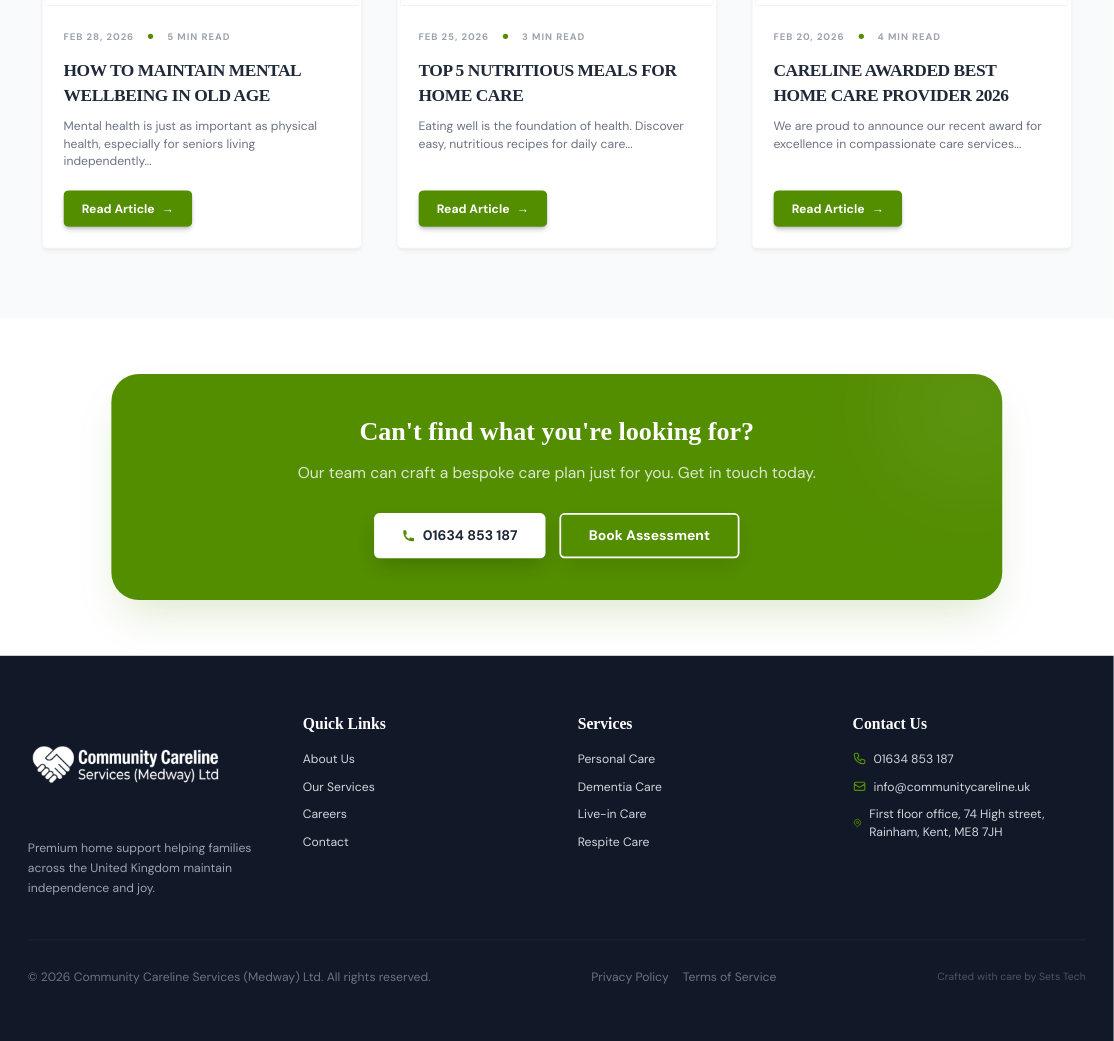
Repository: Iqbalhossen07/care
Page: http://localhost/blogs.php
An editor plug-in stored every save of this project. The page is shown before and after the next save, followed by the edit.
The browser window is 1280 px wide. The pictures show the part of the page from y = 740 to 1982 px (the page is 1937 px tall before and 1982 px after), at 87% of full size.
Some web fonts or font styles are not loaded; a fallback is used. Some web libraries are served in a nearby version. The page is run by PHP 8.4 with error messages shown; the project is at /var/www/html/.

Above is the page before, as saved 2026-02-28 08:06:40.

### blogs.php
<?php include('head.php') ?>

<body class="font-body text-gray-600 antialiased bg-white">
    <!-- header section  -->
    <?php include('header.php') ?>

    <!-- breadcrumb section -->
    <section class="relative h-[250px] flex items-center overflow-hidden bg-darkText">
        <div class="absolute inset-0 z-0">
            <img src="https://images.unsplash.com/photo-1499750310107-5fef28a66643?auto=format&fit=crop&w=1500&q=80"
                class="w-full h-full object-cover opacity-30" alt="Careline Blog">
            <div class="absolute inset-0 bg-gradient-to-r from-darkText via-darkText/90 to-transparent"></div>
        </div>

        <div class="max-w-7xl mx-auto px-6 lg:px-12 relative z-10 w-full">
            <nav class="flex mb-4 text-sm font-medium">
                <ol class="inline-flex items-center space-x-2">
                    <li><a href="index.php" class="text-gray-400 hover:text-brand transition-colors">Home</a></li>
                    <li class="text-gray-600">/</li>
                    <li class="text-brand font-bold uppercase tracking-widest text-[11px] md:text-sm">Blogs & News</li>
                </ol>
            </nav>
            <h1 class="font-heading text-4xl md:text-5xl font-bold text-white mb-2 tracking-tight">Expert Care Insights
            </h1>
            <p class="text-gray-300 text-lg max-w-2xl">Read our latest articles about health, home care, and wellbeing.
            </p>
        </div>
    </section>

    <!-- blog section -->
    <section class="py-20 bg-lightBg">
        <div class="max-w-7xl mx-auto px-6 lg:px-12">

            <div class="mb-12 flex flex-wrap items-center justify-between gap-6">
                <div class="flex flex-wrap gap-3" id="blog-filters">
                    <button data-filter="all"
                        class="filter-btn active px-6 py-2.5 rounded-full text-sm font-bold transition-all border border-brand bg-brand text-white shadow-lg shadow-brand/20">All
                        Posts</button>
                    <button data-filter="health"
                        class="filter-btn px-6 py-2.5 rounded-full text-sm font-bold transition-all border border-gray-200 bg-white text-darkText hover:border-brand/50 shadow-sm">Health
                        Tips</button>
                    <button data-filter="lifestyle"
                        class="filter-btn px-6 py-2.5 rounded-full text-sm font-bold transition-all border border-gray-200 bg-white text-darkText hover:border-brand/50 shadow-sm">Lifestyle</button>
                    <button data-filter="company"
                        class="filter-btn px-6 py-2.5 rounded-full text-sm font-bold transition-all border border-gray-200 bg-white text-darkText hover:border-brand/50 shadow-sm">Company
                        News</button>
                </div>

                <p class="text-sm font-medium text-gray-400 uppercase tracking-widest">Showing <span id="post-count"
                        class="text-brand">6</span> Articles</p>
            </div>

            <div class="grid grid-cols-1 md:grid-cols-2 lg:grid-cols-3 gap-8 md:gap-10" id="blog-container">

                <article
                    class="blog-card group bg-white rounded-md border border-gray-100 shadow-md shadow-black/5 hover:shadow-xl hover:shadow-black/10 transition-all duration-300 flex flex-col overflow-hidden"
                    data-category="health">
                    <div
                        class="relative h-60 overflow-hidden border-[6px] border-white ring-1 ring-black/5 m-1 rounded-sm">
                        <img src="https://images.unsplash.com/photo-1571019613454-1cb2f99b2d8b?auto=format&fit=crop&w=800&q=80"
                            class="w-full h-full object-cover transition-transform duration-700 group-hover:scale-110">
                        <span
                            class="absolute top-4 left-4 bg-brand text-white text-[10px] font-bold px-3 py-1 rounded-sm uppercase tracking-tighter">Health</span>
                    </div>
                    <div class="p-6 flex flex-col flex-1">
                        <div
                            class="flex items-center gap-4 mb-4 text-[11px] font-bold text-gray-400 uppercase tracking-widest">
                            <span>Feb 28, 2026</span>
                            <span class="w-1.5 h-1.5 rounded-full bg-brand"></span>
                            <span>5 Min Read</span>
                        </div>
                        <h3
                            class="font-heading text-xl font-bold text-darkText mb-3 group-hover:text-brand transition-colors line-clamp-2 uppercase tracking-tight">
                            How to Maintain Mental Wellbeing in Old Age</h3>
                        <p class="text-gray-500 text-sm mb-6 line-clamp-3">Mental health is just as important as
                            physical health, especially for seniors living independently...</p>

                        <a href="blog-details.php"
                            class="mt-auto self-start inline-flex items-center justify-center px-5 py-2.5 border border-transparent text-sm font-bold rounded-md text-white bg-brand hover:bg-brandDark shadow-md shadow-black/20 hover:shadow-lg hover:shadow-black/30 transition-all duration-300 transform hover:-translate-y-1 group/btn">
                            Read Article
                            <span
                                class="ml-2 transform group-hover/btn:translate-x-1 transition-transform">&rarr;</span>
                        </a>
                    </div>
                </article>

                <article
                    class="blog-card group bg-white rounded-md border border-gray-100 shadow-md shadow-black/5 hover:shadow-xl hover:shadow-black/10 transition-all duration-300 flex flex-col overflow-hidden"
                    data-category="lifestyle">
                    <div
                        class="relative h-60 overflow-hidden border-[6px] border-white ring-1 ring-black/5 m-1 rounded-sm">
                        <img src="https://images.unsplash.com/photo-1516733725897-1aa73b87c8e8?auto=format&fit=crop&w=800&q=80"
                            class="w-full h-full object-cover transition-transform duration-700 group-hover:scale-110">
                        <span
                            class="absolute top-4 left-4 bg-brand text-white text-[10px] font-bold px-3 py-1 rounded-sm uppercase tracking-tighter">Lifestyle</span>
                    </div>
                    <div class="p-6 flex flex-col flex-1">
                        <div
                            class="flex items-center gap-4 mb-4 text-[11px] font-bold text-gray-400 uppercase tracking-widest">
                            <span>Feb 25, 2026</span>
                            <span class="w-1.5 h-1.5 rounded-full bg-brand"></span>
                            <span>3 Min Read</span>
                        </div>
                        <h3
                            class="font-heading text-xl font-bold text-darkText mb-3 group-hover:text-brand transition-colors line-clamp-2 uppercase tracking-tight">
                            Top 5 Nutritious Meals for Home Care</h3>
                        <p class="text-gray-500 text-sm mb-6 line-clamp-3">Eating well is the foundation of health.
                            Discover easy, nutritious recipes for daily care...</p>

                        <a href="blog-details.php"
                            class="mt-auto self-start inline-flex items-center justify-center px-5 py-2.5 border border-transparent text-sm font-bold rounded-md text-white bg-brand hover:bg-brandDark shadow-md shadow-black/20 hover:shadow-lg hover:shadow-black/30 transition-all duration-300 transform hover:-translate-y-1 group/btn">
                            Read Article
                            <span
                                class="ml-2 transform group-hover/btn:translate-x-1 transition-transform">&rarr;</span>
                        </a>
                    </div>
                </article>

                <article
                    class="blog-card group bg-white rounded-md border border-gray-100 shadow-md shadow-black/5 hover:shadow-xl hover:shadow-black/10 transition-all duration-300 flex flex-col overflow-hidden"
                    data-category="company">
                    <div
                        class="relative h-60 overflow-hidden border-[6px] border-white ring-1 ring-black/5 m-1 rounded-sm">
                        <img src="https://images.unsplash.com/photo-1582213782179-e0d53f98f2ca?auto=format&fit=crop&w=800&q=80"
                            class="w-full h-full object-cover transition-transform duration-700 group-hover:scale-110">
                        <span
                            class="absolute top-4 left-4 bg-brand text-white text-[10px] font-bold px-3 py-1 rounded-sm uppercase tracking-tighter">Company</span>
                    </div>
                    <div class="p-6 flex flex-col flex-1">
                        <div
                            class="flex items-center gap-4 mb-4 text-[11px] font-bold text-gray-400 uppercase tracking-widest">
                            <span>Feb 20, 2026</span>
                            <span class="w-1.5 h-1.5 rounded-full bg-brand"></span>
                            <span>4 Min Read</span>
                        </div>
                        <h3
                            class="font-heading text-xl font-bold text-darkText mb-3 group-hover:text-brand transition-colors line-clamp-2 uppercase tracking-tight">
                            Careline Awarded Best Home Care Provider 2026</h3>
                        <p class="text-gray-500 text-sm mb-6 line-clamp-3">We are proud to announce our recent award for
                            excellence in compassionate care services...</p>

                        <a href="blog-details.php"
                            class="mt-auto self-start inline-flex items-center justify-center px-5 py-2.5 border border-transparent text-sm font-bold rounded-md text-white bg-brand hover:bg-brandDark shadow-md shadow-black/20 hover:shadow-lg hover:shadow-black/30 transition-all duration-300 transform hover:-translate-y-1 group/btn">
                            Read Article
                            <span
                                class="ml-2 transform group-hover/btn:translate-x-1 transition-transform">&rarr;</span>
                        </a>
                    </div>
                </article>

            </div>
        </div>
    </section>

    <!-- cta section -->
    <?php include('cta.php') ?>

    <!-- footer section -->
    <?php include('footer.php') ?>

    <!-- js section -->
    <script src="main.js"></script>
</body>

</html>

### head.php
<!DOCTYPE html>
<html lang="en" class="scroll-smooth">

<head>
    <meta charset="UTF-8">
    <meta name="viewport" content="width=device-width, initial-scale=1.0">
    <title>Community Careline Services (Medway) Ltd</title>
    <link
        href="https://fonts.googleapis.com/css2?family=DM+Sans:wght@400;500;700&family=PT+Serif:ital,wght@0,400;0,700;1,400&display=swap"
        rel="stylesheet">
    <link rel="shortcut icon" href="img/favicon.PNG" type="image/x-icon">
    <script src="https://cdn.tailwindcss.com"></script>
    <script>
    tailwind.config = {
        theme: {
            extend: {
                colors: {
                    brand: '#538d00',
                    brandDark: '#7ab81f',
                    darkText: '#1f2937',
                    lightBg: '#f9fafb'
                },
                fontFamily: {
                    heading: ['"PT Serif"', 'serif'],
                    body: ['"DM Sans"', 'sans-serif'],
                }
            }
        }
    }
    </script>

    <link rel="stylesheet" href="style.css?v=<?= time(); ?>">
</head>

### style.css
@keyframes scroll-left {
  0% {
    transform: translateX(0);
  }

  100% {
    transform: translateX(-50%);
  }
}

.animate-marquee {
  display: flex;
  width: max-content;
  animation: scroll-left 60s linear infinite;
}

.animate-marquee:hover {
  animation-play-state: paused;
  /* Pause on hover so users can read */
}

.description {
  display: -webkit-box;
  -webkit-line-clamp: 2; /* কয় লাইন দেখাবে */
  -webkit-box-orient: vertical;
  overflow: hidden; /* এটি না থাকলে বাকি লেখাগুলো নিচে দেখা যাবে */
}

Loaded but not shown: main.js (163 lines, source omitted); header.php (73 lines, source omitted); footer.php (71 lines, source omitted); cta.php (33 lines, source omitted)

After the next save:
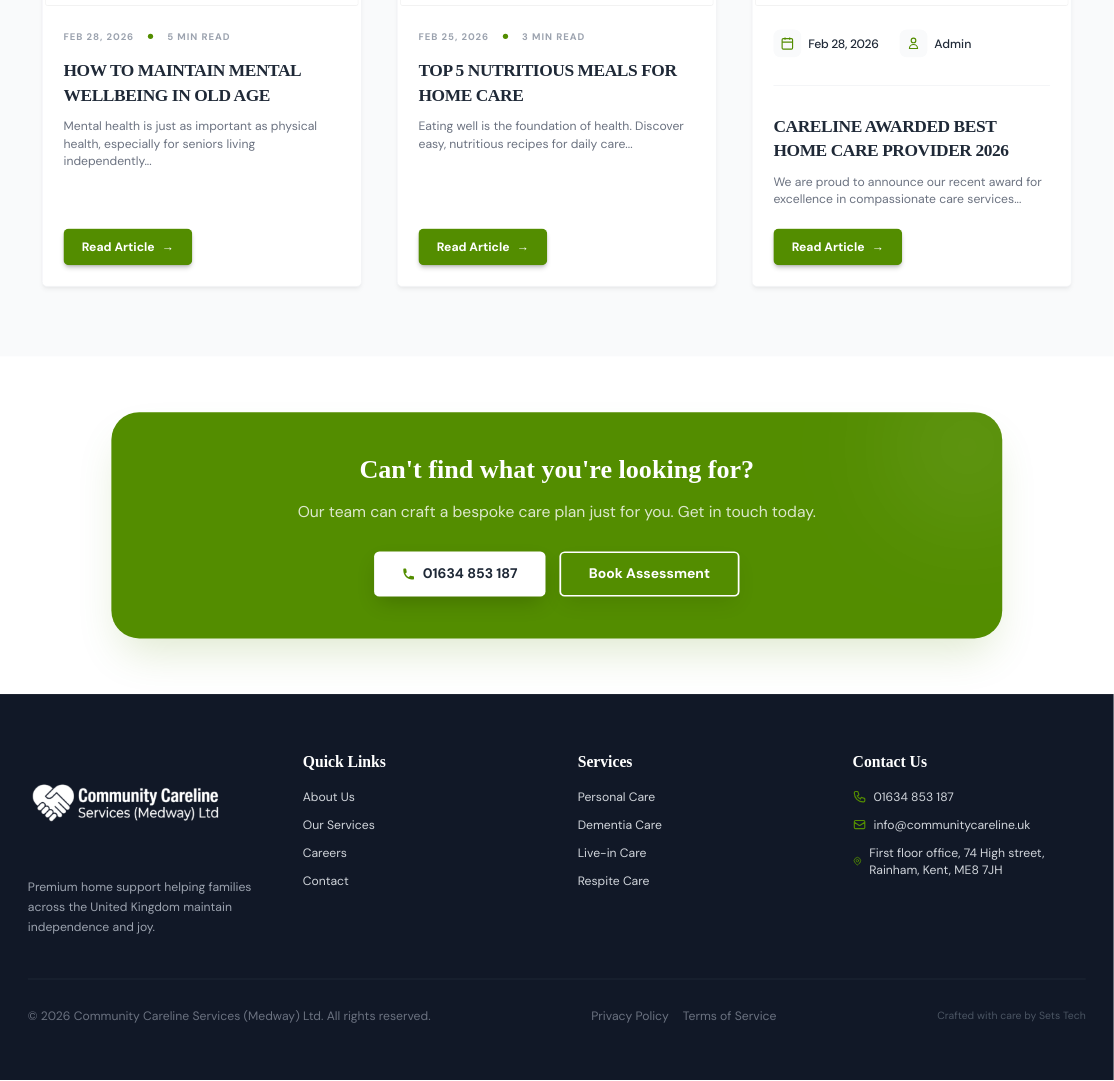
Saved 32 s later.
--- a/blogs.php
+++ b/blogs.php
@@ -127,11 +127,30 @@
                             class="absolute top-4 left-4 bg-brand text-white text-[10px] font-bold px-3 py-1 rounded-sm uppercase tracking-tighter">Company</span>
                     </div>
                     <div class="p-6 flex flex-col flex-1">
-                        <div
-                            class="flex items-center gap-4 mb-4 text-[11px] font-bold text-gray-400 uppercase tracking-widest">
-                            <span>Feb 20, 2026</span>
-                            <span class="w-1.5 h-1.5 rounded-full bg-brand"></span>
-                            <span>4 Min Read</span>
+                        <div class="flex flex-wrap items-center gap-6 mb-8 pb-8 border-b border-gray-100">
+
+                            <div class="text-gray-500 text-sm flex items-center gap-2">
+                                <div class="w-8 h-8 rounded-lg bg-lightBg flex items-center justify-center">
+                                    <svg class="w-4 h-4 text-brand" fill="none" stroke="currentColor"
+                                        viewBox="0 0 24 24" stroke-width="2">
+                                        <rect x="3" y="4" width="18" height="18" rx="2" ry="2"></rect>
+                                        <line x1="16" y1="2" x2="16" y2="6"></line>
+                                        <line x1="8" y1="2" x2="8" y2="6"></line>
+                                        <line x1="3" y1="10" x2="21" y2="10"></line>
+                                    </svg>
+                                </div>
+                                <span class="font-medium text-darkText tracking-tight">Feb 28, 2026</span>
+                            </div>
+                            <div class="text-gray-500 text-sm flex items-center gap-2">
+                                <div class="w-8 h-8 rounded-lg bg-lightBg flex items-center justify-center">
+                                    <svg class="w-4 h-4 text-brand" fill="none" stroke="currentColor"
+                                        viewBox="0 0 24 24" stroke-width="2">
+                                        <path stroke-linecap="round" stroke-linejoin="round"
+                                            d="M16 7a4 4 0 11-8 0 4 4 0 018 0zM12 14a7 7 0 00-7 7h14a7 7 0 00-7-7z" />
+                                    </svg>
+                                </div>
+                                <span class="font-medium text-darkText">Admin</span>
+                            </div>
                         </div>
                         <h3
                             class="font-heading text-xl font-bold text-darkText mb-3 group-hover:text-brand transition-colors line-clamp-2 uppercase tracking-tight">

After the save that followed:
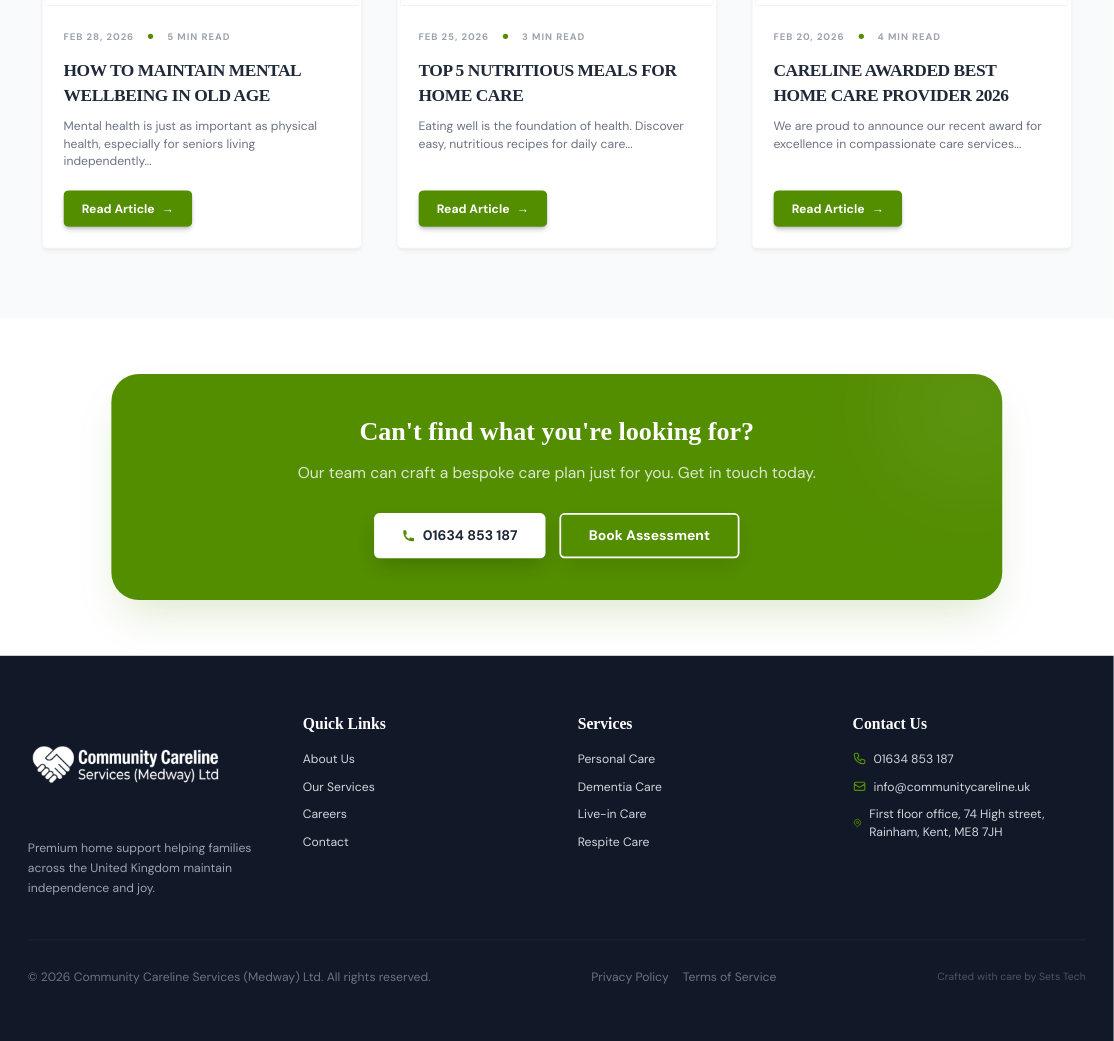
Saved 8 s later.
--- a/blogs.php
+++ b/blogs.php
@@ -127,30 +127,11 @@
                             class="absolute top-4 left-4 bg-brand text-white text-[10px] font-bold px-3 py-1 rounded-sm uppercase tracking-tighter">Company</span>
                     </div>
                     <div class="p-6 flex flex-col flex-1">
-                        <div class="flex flex-wrap items-center gap-6 mb-8 pb-8 border-b border-gray-100">
-
-                            <div class="text-gray-500 text-sm flex items-center gap-2">
-                                <div class="w-8 h-8 rounded-lg bg-lightBg flex items-center justify-center">
-                                    <svg class="w-4 h-4 text-brand" fill="none" stroke="currentColor"
-                                        viewBox="0 0 24 24" stroke-width="2">
-                                        <rect x="3" y="4" width="18" height="18" rx="2" ry="2"></rect>
-                                        <line x1="16" y1="2" x2="16" y2="6"></line>
-                                        <line x1="8" y1="2" x2="8" y2="6"></line>
-                                        <line x1="3" y1="10" x2="21" y2="10"></line>
-                                    </svg>
-                                </div>
-                                <span class="font-medium text-darkText tracking-tight">Feb 28, 2026</span>
-                            </div>
-                            <div class="text-gray-500 text-sm flex items-center gap-2">
-                                <div class="w-8 h-8 rounded-lg bg-lightBg flex items-center justify-center">
-                                    <svg class="w-4 h-4 text-brand" fill="none" stroke="currentColor"
-                                        viewBox="0 0 24 24" stroke-width="2">
-                                        <path stroke-linecap="round" stroke-linejoin="round"
-                                            d="M16 7a4 4 0 11-8 0 4 4 0 018 0zM12 14a7 7 0 00-7 7h14a7 7 0 00-7-7z" />
-                                    </svg>
-                                </div>
-                                <span class="font-medium text-darkText">Admin</span>
-                            </div>
+                        <div
+                            class="flex items-center gap-4 mb-4 text-[11px] font-bold text-gray-400 uppercase tracking-widest">
+                            <span>Feb 20, 2026</span>
+                            <span class="w-1.5 h-1.5 rounded-full bg-brand"></span>
+                            <span>4 Min Read</span>
                         </div>
                         <h3
                             class="font-heading text-xl font-bold text-darkText mb-3 group-hover:text-brand transition-colors line-clamp-2 uppercase tracking-tight">
